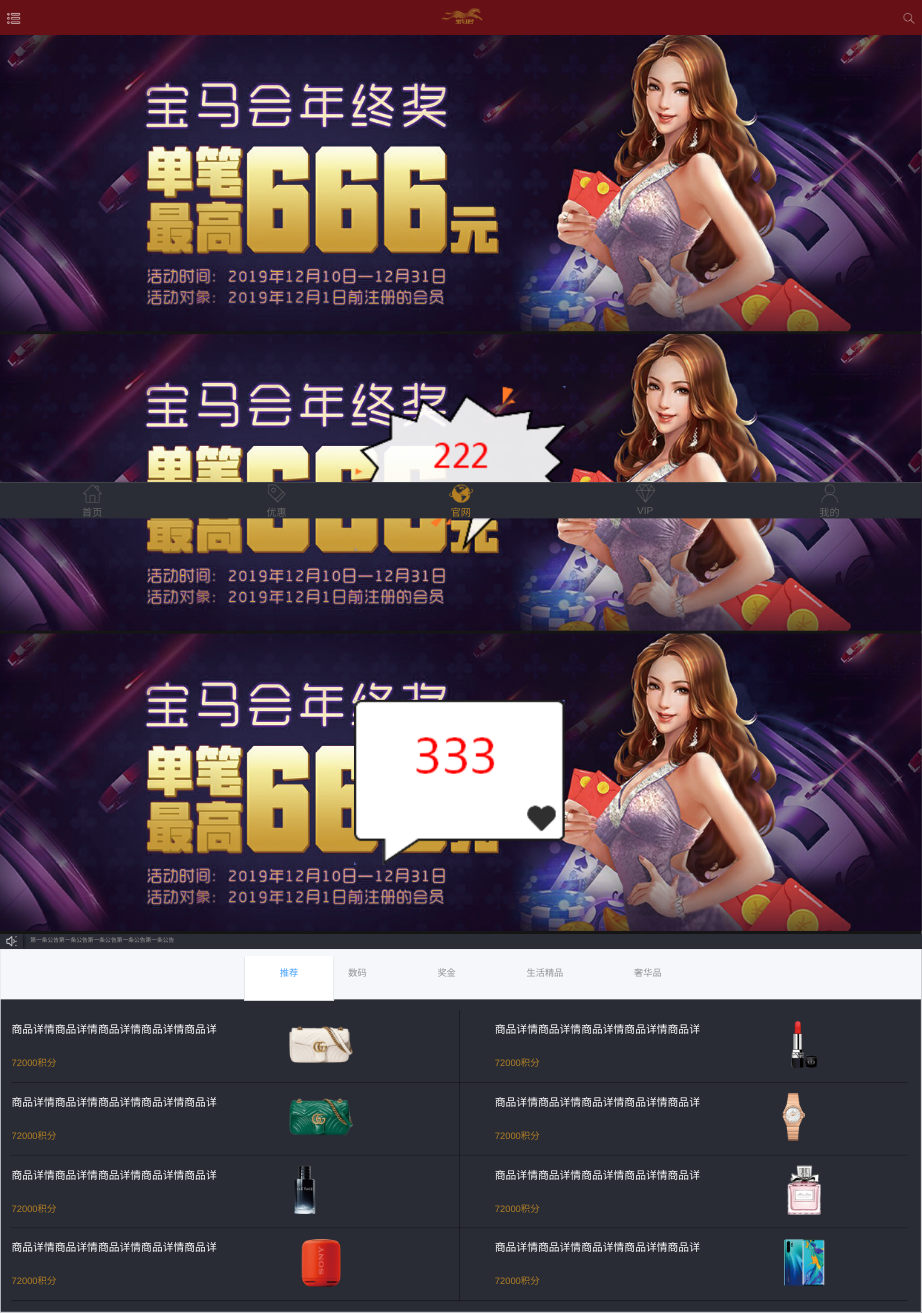
Repository: ada6688/IntegralMall
Page: /
These files come from the project's save history. The page is drawn as it stood at one moment and after the next save; the edit follows.
The browser window is 1280 px wide. The pictures show the whole page, at 72% of full size.
The project was rebuilt for these pictures with package versions that can differ from the ones it lists, and the page was loaded fresh each time. Also part of the build but not shown: src/components/page/MainNav.vue, src/components/page/Member.vue, src/components/common/Topnav-c.vue, src/components/page/Youhui.vue, src/router/index.js.

Above is the page before, as saved 2020-01-03 10:23:11.

After the next save:
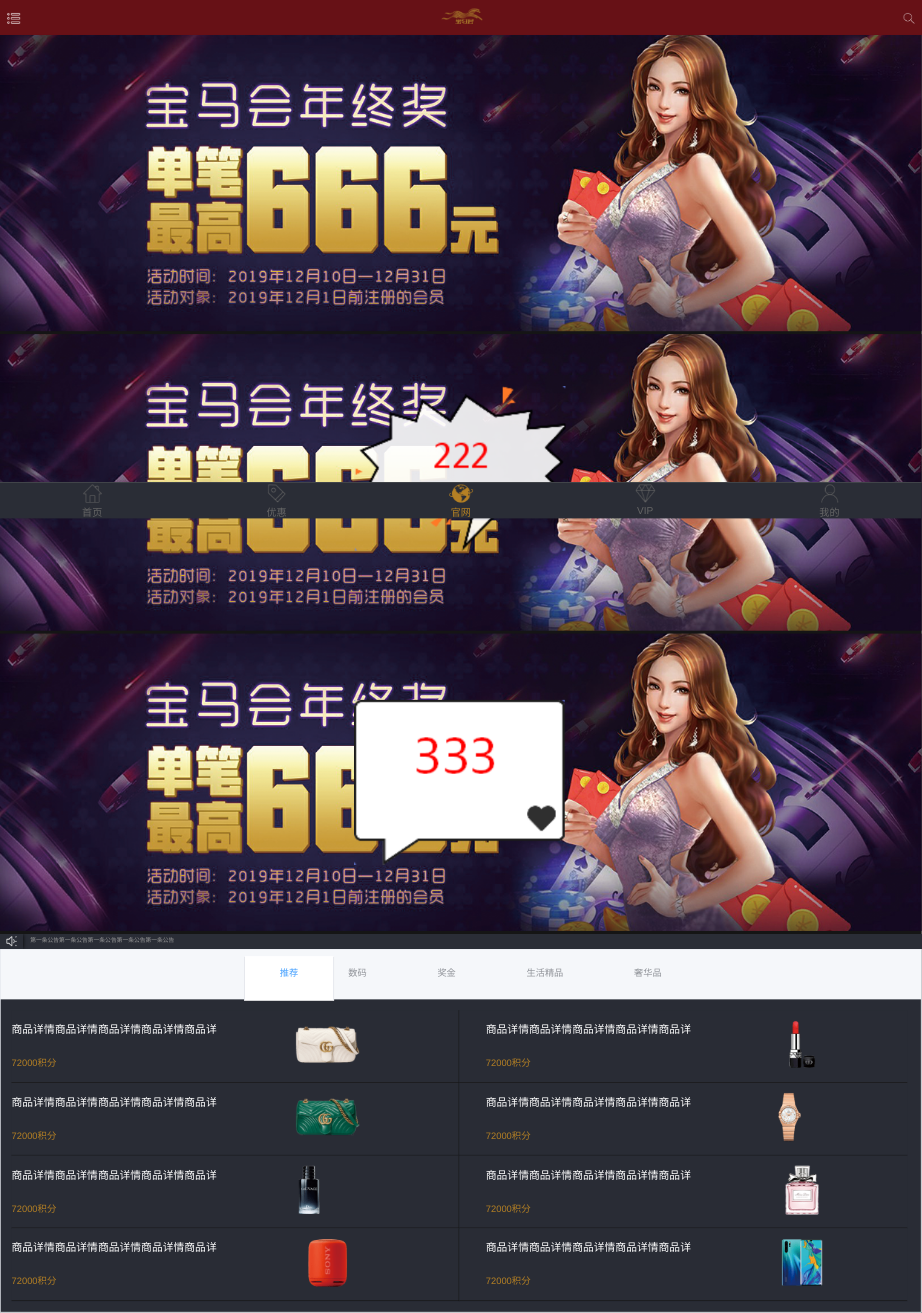
Saved 50 s later.
--- a/src/assets/css/index.css
+++ b/src/assets/css/index.css
@@ -1,19 +1,19 @@
 /****************** 首页商品 *****************/
 .products-item{
-  width: 45.9%;
+  width: 46.9%;
   height: 100px;
-  padding-right: 3.9%;
+  padding-right: 2.9%;
   border-right: 1px solid #161616;
   border-bottom: 1px solid #161616;
   background: #292C35;
   float: left;
 }
 .products-item-even{
-  width: 45.9%;
+  width: 46.9%;
   height: 100px;
   border-bottom: 1px solid #161616;
   background: #292C35;
-  padding-left: 3.9%;
+  padding-left: 2.9%;
   float: left;
 }
 .product-item-text{
